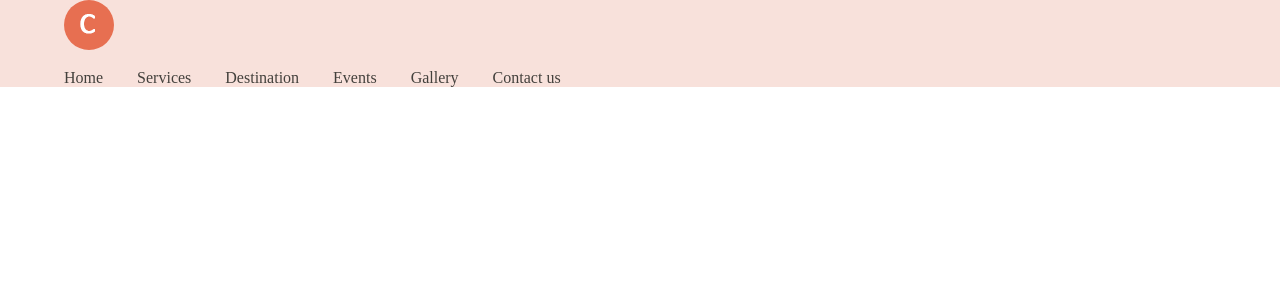
Repository: giahuy405/BC38_Camping_Pham_Gia_Huy
Page: index.html
The author's editor kept a copy of each file at every save. The page is drawn from the files as they stood at one save, then again after the next save.
The browser window is 1280 px wide. The pictures show the whole page.

Above is the page before, as saved 2022-09-13 18:49:17.

After the next save:
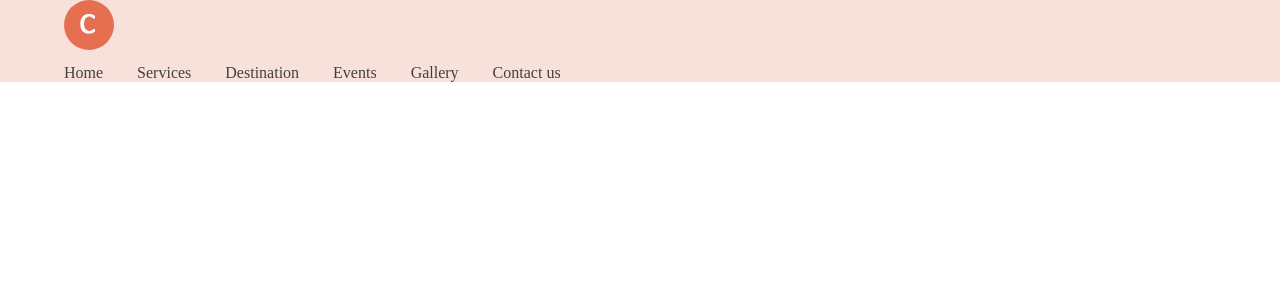
Saved 20 s later.
--- a/css/index.css
+++ b/css/index.css
@@ -11,7 +11,8 @@
     background-color: #f8e1db;
 }
 nav{
-    margin-top: 15px;
+    margin-top: 10px;
+    margin-bottom: 10px;
 }
 nav ul{
     list-style: none;
